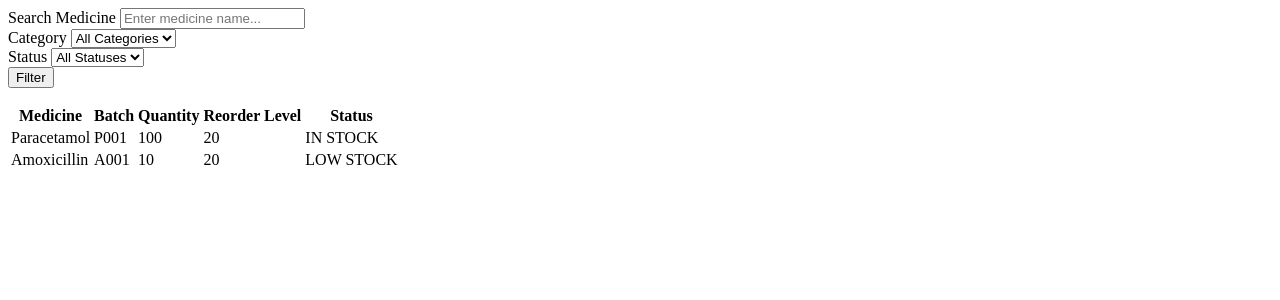
Repository: AbHiShEk200428/Medicine-Manager
Page: inventory.html
The author's editor kept a copy of each file at every save. The page is drawn from the files as they stood at one save, then again after the next save.
The browser window is 1280 px wide. The pictures show the whole page.

Above is the page before, as saved 2026-10-28 20:34:36.
Console error: ReferenceError: $ is not defined

### inventory.html
<div class="container py-3">
    <!-- Search & Filter Card -->
    <div class="card p-3 mb-4 shadow-sm">
        <div class="row g-3 align-items-end">
            <div class="col-md-4">
                <label for="inv_search_input" class="form-label fw-semibold">Search Medicine</label>
                <input type="search" id="inv_search_input" class="form-control focus-ring" placeholder="Enter medicine name...">
            </div>
            <div class="col-md-3">
                <label for="inv_category" class="form-label fw-semibold">Category</label>
                <select id="inv_category" class="form-select focus-ring">
                    <option value="all">All Categories</option>
                    <option value="painkillers">Painkillers</option>
                    <option value="antibiotics">Antibiotics</option>
                </select>
            </div>
            <div class="col-md-3">
                <label for="inv_status" class="form-label fw-semibold">Status</label>
                <select id="inv_status" class="form-select focus-ring">
                    <option value="all">All Statuses</option>
                    <option value="in stock">In Stock</option>
                    <option value="low stock">Low Stock</option>
                </select>
            </div>
            <div class="col-md-2">
                <button type="button" id="inv_search_btn" class="btn btn-info w-100">Filter</button>
            </div>
        </div>
        <p id="inv_search_validity" class="text-danger small mt-2 mb-0"></p>
    </div>

    <!-- Table -->
    <div class="table-responsive">
        <table id="Inventory_Table" class="table table-hover text-center text-nowrap table-bordered align-middle">
            <thead class="table-dark">
                <tr>
                    <th scope="col">Medicine</th>
                    <th scope="col">Batch</th>
                    <th scope="col">Quantity</th>
                    <th scope="col">Reorder Level</th>
                    <th scope="col">Status</th>
                </tr>
            </thead>
            <tbody>
                <tr>
                    <td>Paracetamol</td>
                    <td>P001</td>
                    <td>100</td>
                    <td>20</td>
                    <td><span class="badge bg-success">IN STOCK</span></td>
                </tr>
                <tr>
                    <td>Amoxicillin</td>
                    <td>A001</td>
                    <td>10</td>
                    <td>20</td>
                    <td><span class="badge bg-danger">LOW STOCK</span></td>
                </tr>
            </tbody>
        </table>
    </div>
</div>

<script>
    $(document).ready(function(){
        $("#inv_search_btn").click(function(e){
        e.preventDefault();
    let Search_input=document.getElementById("Search_input").value;
    let Inventory_Category= document.getElementById("Select_Category").value;
    let Inventory_Status= document.getElementById("Select_Status").value;

    Search_input=Search_input.toLowerCase().trim();
    Inventory_Category=Inventory_Category.toLowerCase().trim();
    Inventory_Status=Inventory_Status.toLowerCase().trim();

    if(Search_input==""||Search_input==null){
        $("#Search_validity").text("Enter in search input");
        }
        else if(Inventory_Category=="none"){
            $("#Search_validity").text("Select a Medicine category");
        }
        else if(Inventory_Status=="none"){
            $("#Search_validity").text("Select a Medicine status");
        }

        $("#Inventory_Table tbody tr").each(function(){

            let row_search=$(this).text().toLowerCase();

            if(row_search.includes(Search_input)){
                if(row_search.includes(Inventory_Category)){
                    if(row_search.includes(Inventory_Status)){
                        $(this).show();
                    }
                }

            }
            else{
                $(this).hide();
            }
        });

    });
    });
</script>

After the next save:
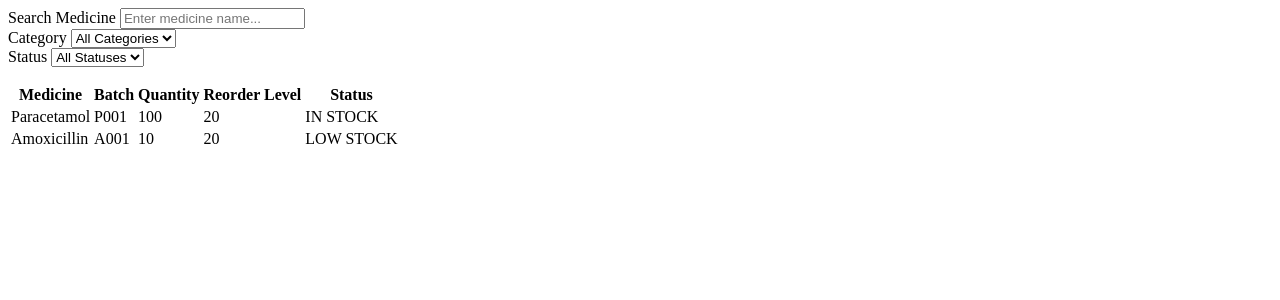
Saved 90 s later.
--- a/inventory.html
+++ b/inventory.html
@@ -22,9 +22,7 @@
                     <option value="low stock">Low Stock</option>
                 </select>
             </div>
-            <div class="col-md-2">
-                <button type="button" id="inv_search_btn" class="btn btn-info w-100">Filter</button>
-            </div>
+
         </div>
         <p id="inv_search_validity" class="text-danger small mt-2 mb-0"></p>
     </div>
@@ -65,22 +63,22 @@
     $(document).ready(function(){
         $("#inv_search_btn").click(function(e){
         e.preventDefault();
-    let Search_input=document.getElementById("Search_input").value;
-    let Inventory_Category= document.getElementById("Select_Category").value;
-    let Inventory_Status= document.getElementById("Select_Status").value;
+    let Search_input=document.getElementById("inv_search_input").value;
+    let Inventory_Category= document.getElementById("inv_category").value;
+    let Inventory_Status= document.getElementById("inv_status").value;
 
     Search_input=Search_input.toLowerCase().trim();
     Inventory_Category=Inventory_Category.toLowerCase().trim();
     Inventory_Status=Inventory_Status.toLowerCase().trim();
 
     if(Search_input==""||Search_input==null){
-        $("#Search_validity").text("Enter in search input");
+        $("#inv_search_validity").text("Enter in search input");
         }
         else if(Inventory_Category=="none"){
-            $("#Search_validity").text("Select a Medicine category");
+            $("#inv_search_validity").text("Select a Medicine category");
         }
         else if(Inventory_Status=="none"){
-            $("#Search_validity").text("Select a Medicine status");
+            $("#inv_search_validity").text("Select a Medicine status");
         }
 
         $("#Inventory_Table tbody tr").each(function(){

After the 2 saves that followed:
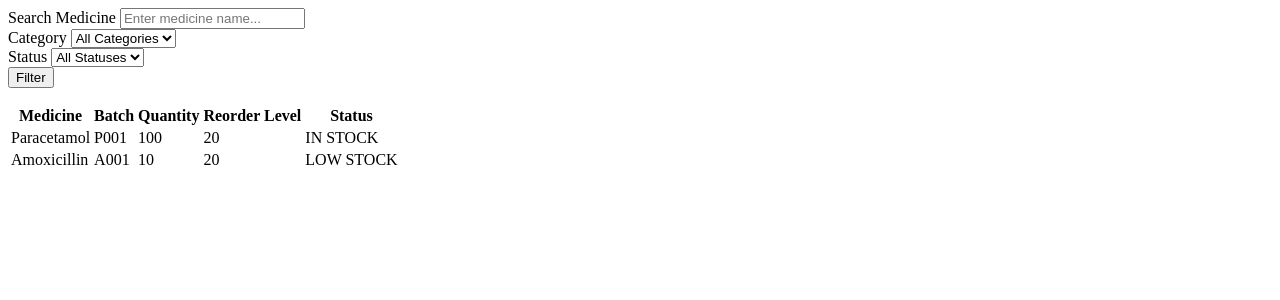
The 2 saves are shown as one change because they came seconds apart.
The last was saved 7 s later.
--- a/inventory.html
+++ b/inventory.html
@@ -22,8 +22,10 @@
                     <option value="low stock">Low Stock</option>
                 </select>
             </div>
-
         </div>
+        <div class="col-md-2">
+                <button type="button" id="inv_search_btn" class="btn btn-info w-100">Filter</button>
+            </div>
         <p id="inv_search_validity" class="text-danger small mt-2 mb-0"></p>
     </div>
 
